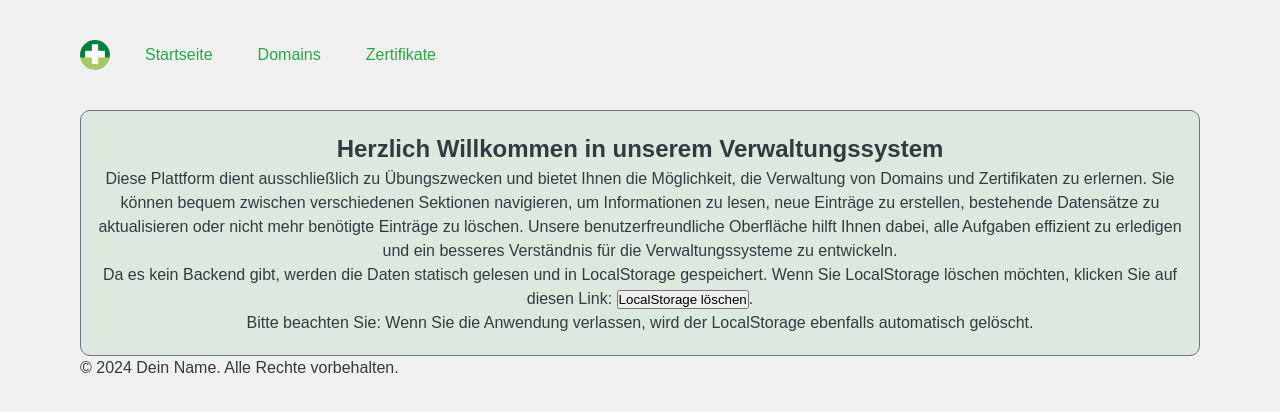
Repository: bajricadmir/verwaltungssystem-vanilla-html-css
Page: index.html
An editor plug-in stored every save of this project. The page is shown before and after the next save, followed by the edit.
The browser window is 1280 px wide. The pictures show the whole page.

Above is the page before, as saved 2024-10-14 11:16:48.

### index.html
<!DOCTYPE html>
<html lang="en">
  <head>
    <meta charset="UTF-8" />
    <meta name="viewport" content="width=device-width, initial-scale=1.0" />
    <link
      rel="shortcut icon"
      href="./assets/images/favicon.ico"
      type="image/x-icon"
    />
    <link rel="stylesheet" href="style.css" />
    <title>Verwaltungssystem</title>
  </head>
  <body>
    <header class="header">
      <nav class="navigation">
        <img src="./assets/images/favicon.ico" alt="Logo" class="logo" />

        <ul class="nav-list">
          <li class="nav-item">
            <a class="nav-link" href="#home">Startseite</a>
          </li>
          <li class="nav-item">
            <a class="nav-link" href="#about">Domains</a>
          </li>
          <li class="nav-item">
            <a class="nav-link" href="#contact">Zertifikate</a>
          </li>
        </ul>
      </nav>
    </header>

    <main class="main-content">
      <section>
        <h1 class="alert-heading">
          Herzlich Willkommen in unserem Verwaltungssystem
        </h1>
        <p>
          Diese Plattform dient ausschließlich zu Übungszwecken und bietet Ihnen
          die Möglichkeit, die Verwaltung von Domains und Zertifikaten zu
          erlernen. Sie können bequem zwischen verschiedenen Sektionen
          navigieren, um Informationen zu lesen, neue Einträge zu erstellen,
          bestehende Datensätze zu aktualisieren oder nicht mehr benötigte
          Einträge zu löschen. Unsere benutzerfreundliche Oberfläche hilft Ihnen
          dabei, alle Aufgaben effizient zu erledigen und ein besseres
          Verständnis für die Verwaltungssysteme zu entwickeln.
        </p>
      </section>
      <section>
        <p>
          Da es kein Backend gibt, werden die Daten statisch gelesen und in
          LocalStorage gespeichert. Wenn Sie LocalStorage löschen möchten,
          klicken Sie auf diesen Link:
          <button type="button" class="btn">LocalStorage löschen</button>.<br />
          Bitte beachten Sie: Wenn Sie die Anwendung verlassen, wird der
          LocalStorage ebenfalls automatisch gelöscht.
        </p>
      </section>
    </main>

    <footer>
      <p>&copy; 2024 Dein Name. Alle Rechte vorbehalten.</p>
    </footer>
  </body>
</html>

### style.css
:root {
  --primary-color: #007bff;
  --secondary-color: #6c757d;
  --success-color: #28a745;
  --success-color-hover: #218838;
  --success-color-bgc: #d4edda;
  --danger-color: #dc3545;
  --warning-color: #ffc107;
  --info-color: #17a2b8;
  --light-color: #f8f9fa;
  --dark-color: #343a40;

  --font-size-base: 16px;
  --font-family-base: "Arial", sans-serif;
  --background-color: #f0f0f0;
}

* {
  margin: 0;
  padding: 0;
  box-sizing: border-box;
}

html,
body {
  height: 100%;
  font-family: var(--font-family-base);
  line-height: 1.5;
}

body {
  padding: 40px 80px;
  background-color: var(--background-color);
  color: var(--dark-color);
}

ul {
  list-style: none;
}

a {
  text-decoration: none;
  color: inherit;
}

button {
  cursor: pointer;
}

table {
  border-collapse: collapse;
  width: 100%;
}

.navigation {
  display: flex;
  align-items: center;
}

.logo {
  width: 30px;
  height: 30px;
  border-radius: 50%;
  margin-right: 20px;
}

.nav-list {
  display: flex;
  align-items: center;
}

.nav-item {
  margin-right: 15px;
}

.nav-item:last-child {
  margin-right: 0;
}

.nav-item a {
  color: var(--success-color);
  transition: color 0.3s ease;
  padding: 10px 15px;
  border-radius: 5px;
}

.nav-item a:hover {
  color: var(--success-color-hover);
  background-color: rgba(40, 167, 69, 0.1);
}

.main-content {
  display: flex;
  flex-direction: column;
  align-items: center;
  margin-top: 40px;
  background-color: rgba(40, 167, 69, 0.1);
  padding: 20px 15px;
  border: 0.1px solid var(--secondary-color);
  border-radius: 10px;
}

section {
  text-align: center;
}

After the next save:
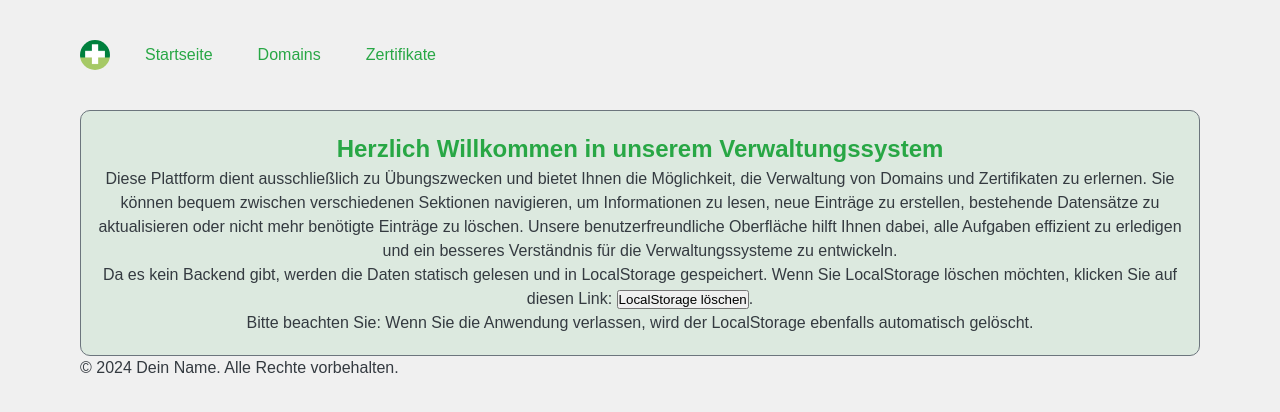
Saved 37 s later.
--- a/style.css
+++ b/style.css
@@ -100,6 +100,10 @@ table {
   border-radius: 10px;
 }
 
+.alert-heading {
+  color: var(--success-color);
+}
+
 section {
   text-align: center;
 }
